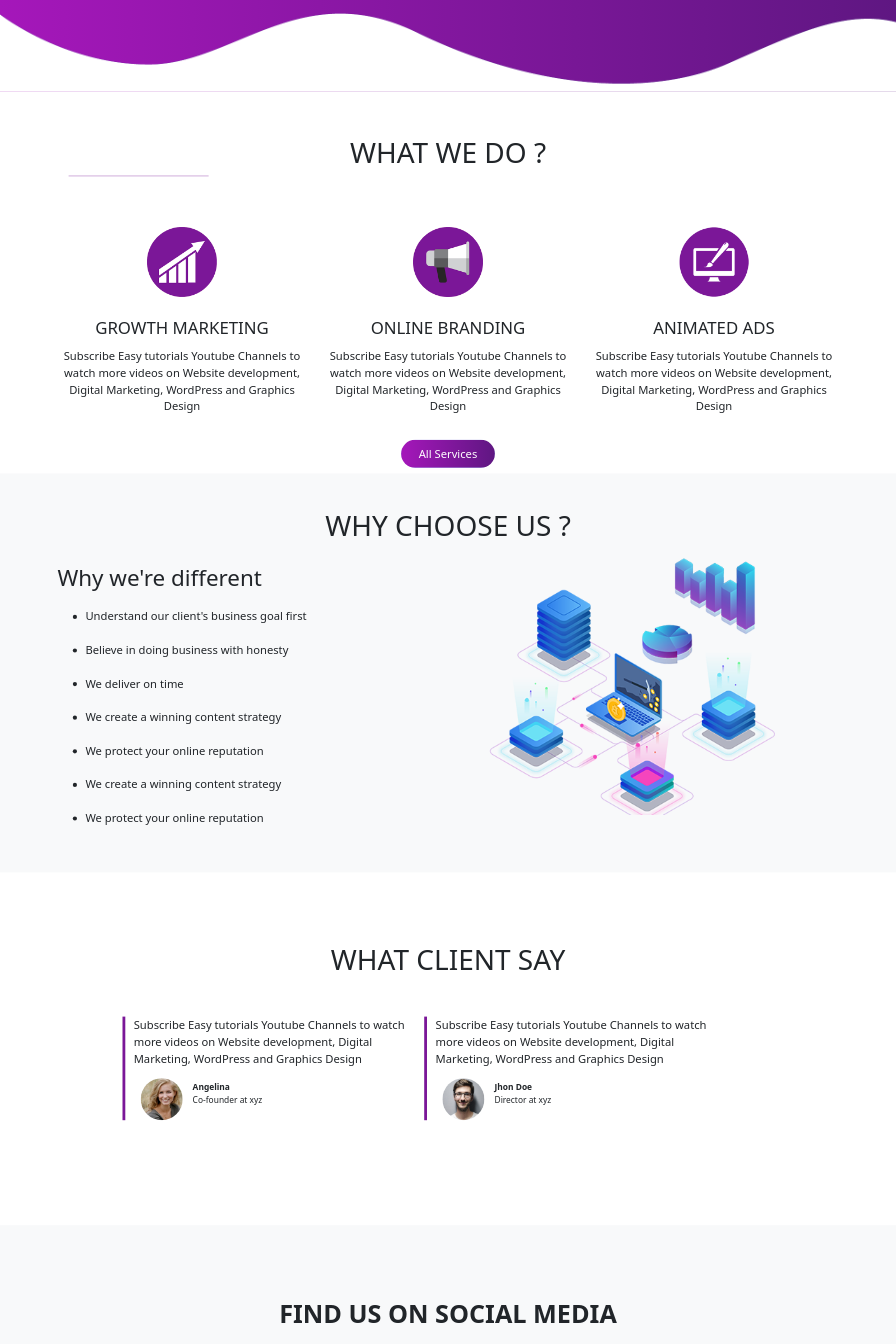
Repository: wadelfadill/Bootstrap_tache_2_website_design
Page: index.html
The author's editor kept a copy of each file at every save. The page is drawn from the files as they stood at one save, then again after the next save.
The browser window is 1280 px wide. The pictures show the part of the page from y = 586 to 2506 px (the page is 3085 px tall before and 3067 px after), at 70% of full size.
Some web libraries are served in a nearby version.

Above is the page before, as saved 2023-04-06 17:55:32.

After the next save:
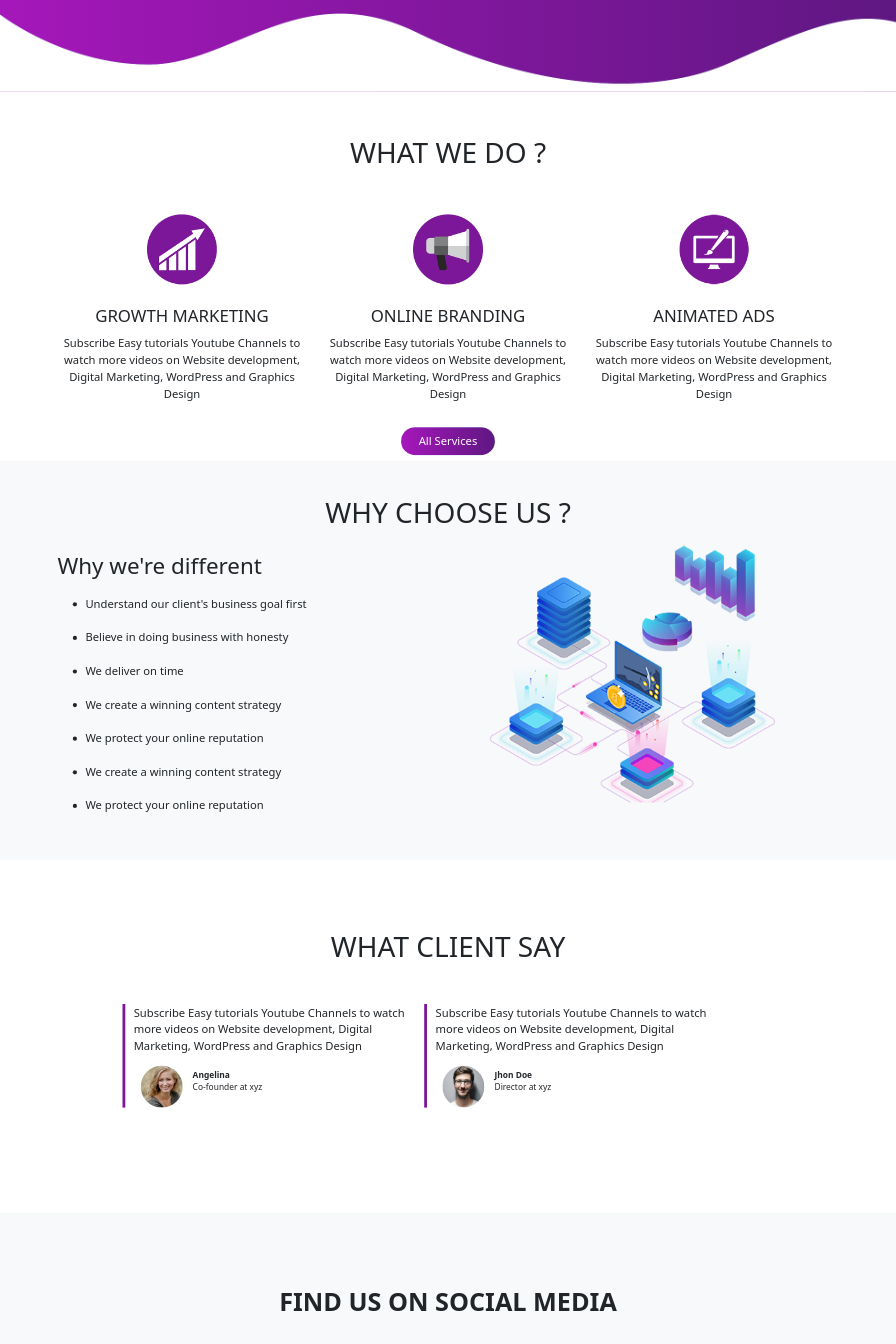
Saved 2 min 28 s later.
--- a/index.html
+++ b/index.html
@@ -67,7 +67,7 @@
         <div class="container text-center">
           <div class="row m-3">
             <h1 class="title text-center">WHAT WE DO ? </h1>
-            <hr style="height: 2px; color: #7b1798; background-color: #7b1798; width: 200px; border: none;">
+            <div class="ligne"></div>
           </div>
 
           <div class="row text-center">
